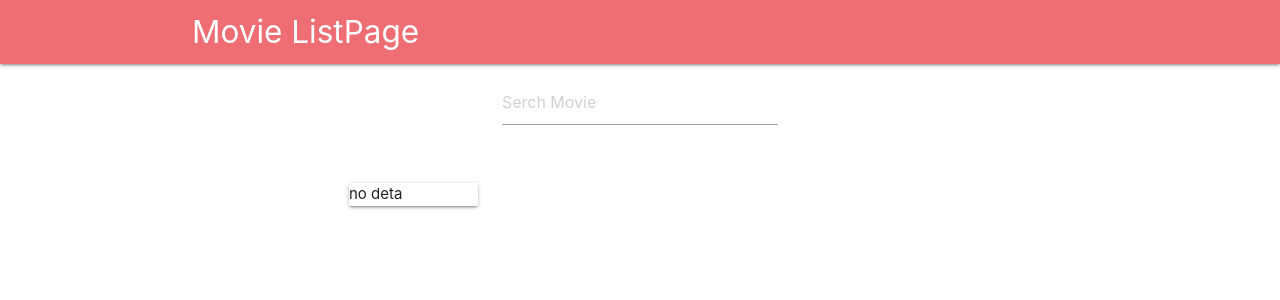
Repository: Reiya-1003/React-Ts-Node-App
Page: /
An editor plug-in stored every save of this project. The page is shown before and after the next save, followed by the edit.
The browser window is 1280 px wide. The pictures show the whole page.
The project was rebuilt for these pictures with package versions that can differ from the ones it lists, and the page was loaded fresh each time.

Above is the page before, as saved 2021-11-15 16:14:34.

### public/index.html
<!DOCTYPE html>
<html lang="en">
  <head>
    <meta charset="utf-8" />
    <link rel="icon" href="%PUBLIC_URL%/favicon.ico" />
    <meta name="viewport" content="width=device-width, initial-scale=1" />
    <meta name="theme-color" content="#000000" />
    <meta
      name="description"
      content="Web site created using create-react-app"
    />
    <link rel="apple-touch-icon" href="%PUBLIC_URL%/logo192.png" />
    <!--
      manifest.json provides metadata used when your web app is installed on a
      user's mobile device or desktop. See https://developers.google.com/web/fundamentals/web-app-manifest/
    -->
    <link rel="manifest" href="%PUBLIC_URL%/manifest.json" />
    <link
      rel="stylesheet"
      href="https://cdnjs.cloudflare.com/ajax/libs/materialize/1.0.0/css/materialize.min.css"
    />
    <!--
      Notice the use of %PUBLIC_URL% in the tags above.
      It will be replaced with the URL of the `public` folder during the build.
      Only files inside the `public` folder can be referenced from the HTML.

      Unlike "/favicon.ico" or "favicon.ico", "%PUBLIC_URL%/favicon.ico" will
      work correctly both with client-side routing and a non-root public URL.
      Learn how to configure a non-root public URL by running `npm run build`.
    -->
    <title>React App</title>
  </head>
  <body>
    <noscript>You need to enable JavaScript to run this app.</noscript>
    <div id="root"></div>
    <!--
      This HTML file is a template.
      If you open it directly in the browser, you will see an empty page.

      You can add webfonts, meta tags, or analytics to this file.
      The build step will place the bundled scripts into the <body> tag.

      To begin the development, run `npm start` or `yarn start`.
      To create a production bundle, use `npm run build` or `yarn build`.
    -->
  </body>
</html>

### src/index.tsx
import React from "react";
import ReactDOM from "react-dom";

import App from "./components/App";
import reportWebVitals from "./reportWebVitals";

ReactDOM.render(
  <React.StrictMode>
    <App />
  </React.StrictMode>,
  document.getElementById("root")
);

// If you want to start measuring performance in your app, pass a function
// to log results (for example: reportWebVitals(console.log))
// or send to an analytics endpoint. Learn more: https://bit.ly/CRA-vitals
reportWebVitals();

### src/components/App.tsx
import React, { createContext, useState } from "react";
import Nav from "./Nav";
import Seathbox from "./Searthbox";
import Movielist from "./MovieList";

export const MovieContext = createContext<any>([]);
export const SerchContext = createContext<any>("");

const App = () => {
  const [movies, setMovies] = useState<any>([]);
  const [searchTerm, setSearchterm] = useState<any>("");

  return (
    <div className="App">
      <MovieContext.Provider value={movies}>
        <SerchContext.Provider value={searchTerm}>
          <Nav />
          <Seathbox />
        </SerchContext.Provider>
      </MovieContext.Provider>
    </div>
  );
};

export default App;

### src/components/Nav.tsx
import React from "react";

const Nav = () => {
  return (
    <nav>
      <div className=".nav-wrapper container">
        <a href="" className="brand-logo">
          Movie ListPage
        </a>
      </div>
    </nav>
  );
};

export default Nav;

### src/components/Searthbox.tsx
import React, { useContext, useState } from "react";
import { MovieContext, SerchContext } from "./App";

type Props = {
  onClick: (event: React.MouseEvent<HTMLInputElement>) => void;
  onChange: (event: React.ChangeEvent<HTMLInputElement>) => void;
  onkeypress: (event: React.KeyboardEvent<HTMLInputElement>) => void;
  onBlur: (event: React.FocusEvent<HTMLInputElement>) => void;
  onFocus: (event: React.FocusEvent<HTMLInputElement>) => void;
  onSubmit: (event: React.FormEvent<HTMLFormElement>) => void;
  handleSubmit: React.FormEvent<HTMLFormElement>;
  onClickDiv: (event: React.MouseEvent<HTMLDivElement, MouseEvent>) => void;
};

const Searthbox = () => {
  let Movie = useContext(MovieContext);
  const Search = useContext(SerchContext);
  console.log(Movie);
  console.log(Search);
  const [movies, setMovies] = useState<any>({});
  const [searchTerm, setSearchterm] = useState<string>();

  const handleSubmit = (e: React.FormEvent<HTMLFormElement>) => {
    e.preventDefault();

    fetch(
      `https://api.themoviedb.org/3/search/movie?api_key=78eb03987f34d05d918381d81d8257fe&language=ja-JA&page=1&query=${searchTerm}`
    )
      .then((data) => data.json())
      .then((data) => {
        console.log(data);
        const newResult = data.results;
        setMovies(newResult);
        console.log(movies);
        Movie.shift();
        Movie.push(movies);
      });
  };
  const handleChange = (e: string | any) => {
    const newSerch = e.target.value;
    setSearchterm(newSerch);
    console.log(searchTerm);
  };

  return (
    <div className="container">
      <div className="row">
        <section className="col s4 offset-s4">
          <form action="" onSubmit={handleSubmit}>
            <div className="input-field">
              <input
                placeholder="Serch Movie"
                type="text"
                onChange={handleChange}
              />
            </div>
          </form>
        </section>
      </div>

      <div className="container">
        <div className="row">
          <div className="col s12">
            <div className="col s12 m6 l3">
              <div className="card">
                {Movie.length === 0 ? (
                  <p>no deta</p>
                ) : (
                  movies.map((list: any, i: any) => {
                    return <p key={i}>{list.title}</p>;
                  })
                )}
              </div>
            </div>
          </div>
        </div>
      </div>
    </div>
  );
};

export default Searthbox;

Loaded but not shown: src/reportWebVitals.ts (common file)

After the next save:
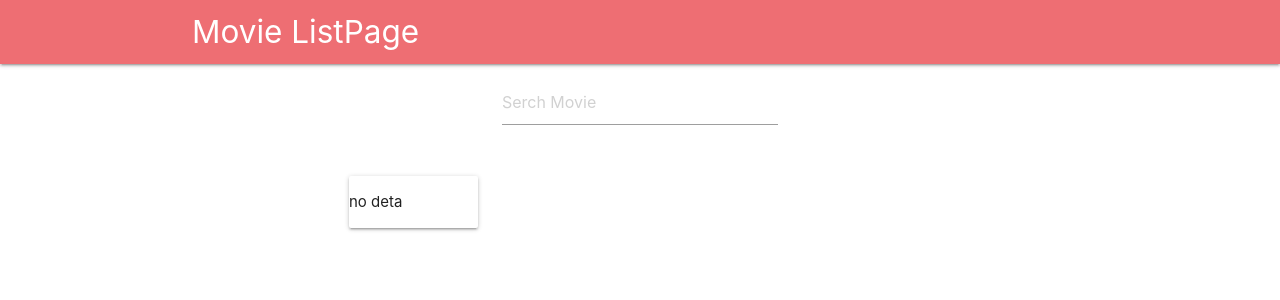
Saved 2 min 15 s later.
--- a/src/components/Searthbox.tsx
+++ b/src/components/Searthbox.tsx
@@ -63,13 +63,15 @@ const Searthbox = () => {
           <div className="col s12">
             <div className="col s12 m6 l3">
               <div className="card">
-                {Movie.length === 0 ? (
-                  <p>no deta</p>
-                ) : (
-                  movies.map((list: any, i: any) => {
-                    return <p key={i}>{list.title}</p>;
-                  })
-                )}
+                <div className="card-image waves-effect waves-block waves-light">
+                  {Movie.length === 0 ? (
+                    <p>no deta</p>
+                  ) : (
+                    movies.map((list: any, i: any) => {
+                      return <p key={i}>{list.title}</p>;
+                    })
+                  )}
+                </div>
               </div>
             </div>
           </div>
